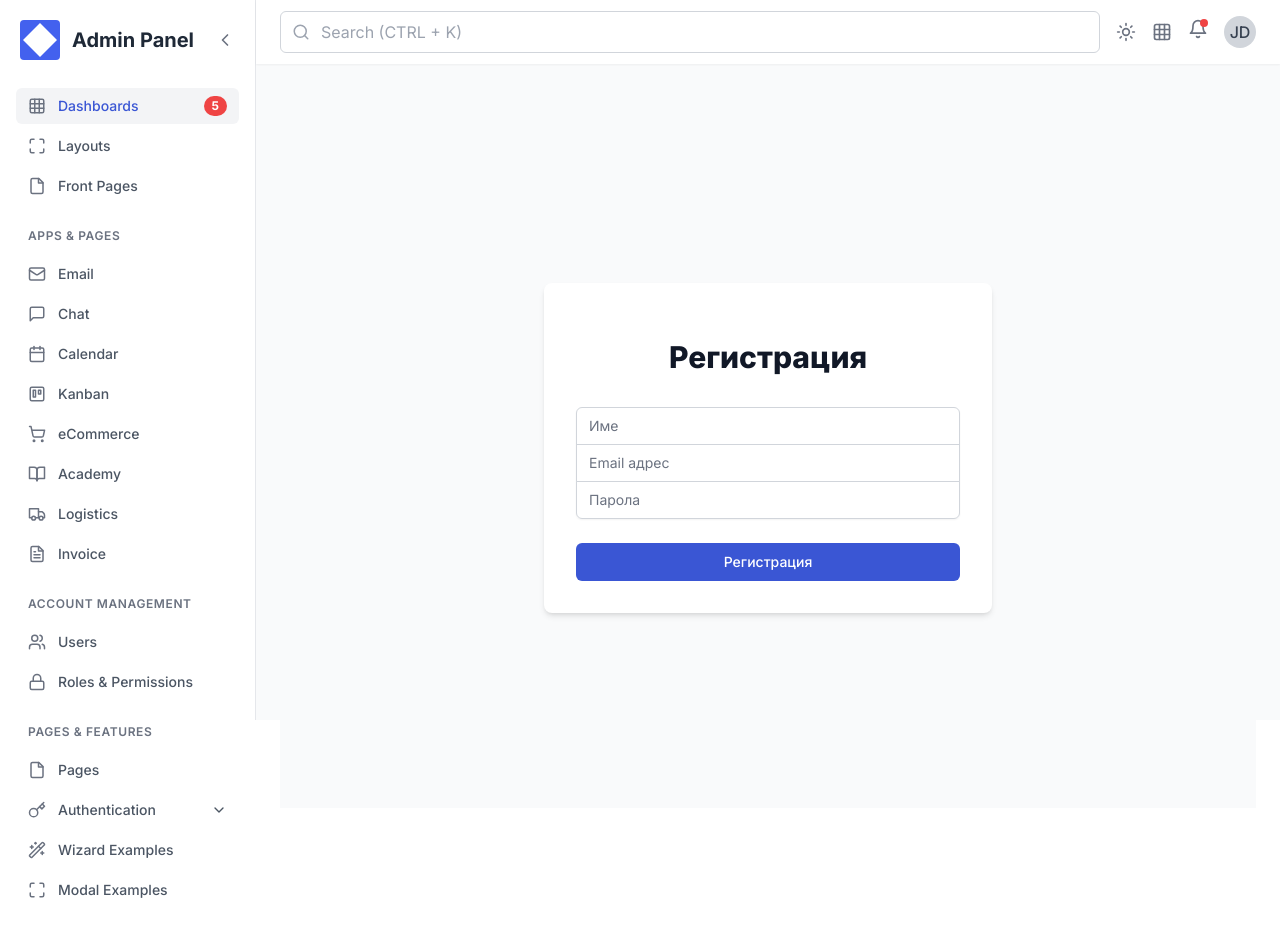
Repository: StoyanStoyanov1/DHS-Team
Page: /register (app in dhs-admin-panel/)
These files come from the project's save history. The page is drawn as it stood at one moment and after the next save; the edit follows.
The browser window is 1280 px wide. The pictures show the whole page.
The project was rebuilt for these pictures with package versions that can differ from the ones it lists, and the page was loaded fresh each time. The framework's server and built-in components were replaced by stand-ins that run in the browser. Also part of the build but not shown: dhs-admin-panel/next.config.ts.

Above is the page before, as saved 2025-04-22 13:22:11.

### dhs-admin-panel/src/app/layout.tsx
import type { Metadata } from 'next';
import { Inter } from 'next/font/google';
import './globals.css';
import DashboardLayout from './components/Layout';

const inter = Inter({ subsets: ['latin'] });

export const metadata: Metadata = {
    title: 'Admin Dashboard',
    description: 'NextJS Admin Dashboard',
};

export default function RootLayout({
                                       children,
                                   }: {
    children: React.ReactNode
}) {
    return (
        <html lang="en">
        <body className={inter.className}>
        <DashboardLayout>
            {children}
        </DashboardLayout>
        </body>
        </html>
    );
}

### dhs-admin-panel/src/app/register/page.tsx
'use client';

import React from 'react';
import { useRouter } from 'next/navigation';

export default function RegisterPage() {
    const router = useRouter();

    return (
        <div className="min-h-screen flex items-center justify-center bg-gray-50">
            <div className="max-w-md w-full space-y-8 p-8 bg-white rounded-lg shadow-md">
                <div>
                    <h2 className="mt-6 text-center text-3xl font-extrabold text-gray-900">
                        Регистрация
                    </h2>
                </div>
                <form className="mt-8 space-y-6">
                    <div className="rounded-md shadow-sm -space-y-px">
                        <div>
                            <label htmlFor="name" className="sr-only">Име</label>
                            <input
                                id="name"
                                name="name"
                                type="text"
                                required
                                className="appearance-none rounded-none relative block w-full px-3 py-2 border border-gray-300 placeholder-gray-500 text-gray-900 rounded-t-md focus:outline-none focus:ring-blue-500 focus:border-blue-500 focus:z-10 sm:text-sm"
                                placeholder="Име"
                            />
                        </div>
                        <div>
                            <label htmlFor="email" className="sr-only">Email адрес</label>
                            <input
                                id="email"
                                name="email"
                                type="email"
                                required
                                className="appearance-none rounded-none relative block w-full px-3 py-2 border border-gray-300 placeholder-gray-500 text-gray-900 focus:outline-none focus:ring-blue-500 focus:border-blue-500 focus:z-10 sm:text-sm"
                                placeholder="Email адрес"
                            />
                        </div>
                        <div>
                            <label htmlFor="password" className="sr-only">Парола</label>
                            <input
                                id="password"
                                name="password"
                                type="password"
                                required
                                className="appearance-none rounded-none relative block w-full px-3 py-2 border border-gray-300 placeholder-gray-500 text-gray-900 rounded-b-md focus:outline-none focus:ring-blue-500 focus:border-blue-500 focus:z-10 sm:text-sm"
                                placeholder="Парола"
                            />
                        </div>
                    </div>

                    <div>
                        <button
                            type="submit"
                            className="group relative w-full flex justify-center py-2 px-4 border border-transparent text-sm font-medium rounded-md text-white bg-blue-600 hover:bg-blue-700 focus:outline-none focus:ring-2 focus:ring-offset-2 focus:ring-blue-500"
                        >
                            Регистрация
                        </button>
                    </div>
                </form>
            </div>
        </div>
    );
}

### dhs-admin-panel/src/app/components/Layout.tsx
'use client';

import { useState, ReactNode } from 'react';
import Header from './Header';
import Sidebar from './Sidebar';

interface DashboardLayoutProps {
    children: ReactNode;
}

const Layout: React.FC<DashboardLayoutProps> = ({ children }) => {
    const [activeSection, setActiveSection] = useState<string>('dashboards');
    const [isSidebarCollapsed, setIsSidebarCollapsed] = useState(false);

    return (
        <div className="flex h-screen bg-gray-50">
            <Sidebar
                activeSection={activeSection}
                setActiveSection={setActiveSection}
                isCollapsed={isSidebarCollapsed}
                toggleCollapse={() => setIsSidebarCollapsed(!isSidebarCollapsed)}
            />

            <div className="flex-1">
                <Header />

                <main className="p-6">
                    {children}
                </main>
            </div>
        </div>
    );
};

export default Layout;

### dhs-admin-panel/src/app/components/Header.tsx
'use client';

import React from 'react';
import { Sun, Grid, Bell } from 'lucide-react';
import SearchBar from './SearchBar';

const Header: React.FC = () => {
    return (
        <header className="bg-white shadow-sm h-16 flex items-center px-6">
            <SearchBar />
            <div className="flex items-center space-x-4 ml-4">
                <button className="text-gray-500 hover:text-gray-700">
                    <Sun size={20} />
                </button>
                <button className="text-gray-500 hover:text-gray-700">
                    <Grid size={20} />
                </button>
                <div className="relative">
                    <button className="text-gray-500 hover:text-gray-700">
                        <Bell size={20} />
                    </button>
                    <div className="absolute top-0 right-0 w-2 h-2 bg-red-500 rounded-full"></div>
                </div>
                <div className="w-8 h-8 rounded-full bg-gray-300 flex items-center justify-center text-gray-700 font-medium">
                    JD
                </div>
            </div>
        </header>
    );
};

export default Header;

### dhs-admin-panel/src/app/components/Sidebar.tsx
'use client';

import React, { useState } from 'react';
import {
    Grid,
    Mail,
    MessageSquare,
    Calendar,
    Trello,
    ShoppingCart,
    BookOpen,
    Truck,
    FileText,
    Users,
    Lock,
    File,
    Key,
    Wand2,
    Maximize,
    ChevronLeft,
    ChevronRight,
    LogIn,
    UserPlus,
    ChevronDown,
    ChevronUp
} from 'lucide-react';
import NavItem from './NavItem';
import { useRouter } from 'next/navigation';

interface SidebarProps {
    activeSection: string;
    setActiveSection: (section: string) => void;
    isCollapsed: boolean;
    toggleCollapse: () => void;
}

const Sidebar: React.FC<SidebarProps> = ({
    activeSection,
    setActiveSection,
    isCollapsed,
    toggleCollapse
}) => {
    const router = useRouter();
    const [isAuthOpen, setIsAuthOpen] = useState(false);

    const handleAuthClick = () => {
        setIsAuthOpen(!isAuthOpen);
    };

    const handleLoginClick = () => {
        router.push('/login');
    };

    const handleRegisterClick = () => {
        router.push('/register');
    };

    return (
        <div className={`bg-white border-r border-gray-200 transition-all duration-300 ${isCollapsed ? 'w-20' : 'w-64'}`}>
            {/* Logo and Title */}
            <div className="flex items-center justify-between p-5">
                <div className="flex items-center">
                    <div className="h-10 w-10 rounded bg-blue-500 flex items-center justify-center">
                        <div className="w-6 h-6 bg-white transform rotate-45"></div>
                    </div>
                    {!isCollapsed && (
                        <span className="ml-3 text-xl font-bold text-gray-800">Admin Panel</span>
                    )}
                </div>
                <button
                    onClick={toggleCollapse}
                    className="text-gray-500 hover:text-gray-700"
                >
                    {isCollapsed ? <ChevronRight size={20} /> : <ChevronLeft size={20} />}
                </button>
            </div>

            {/* Navigation */}
            <div className="px-4 py-2">
                <div className="mb-6">
                    <NavItem
                        icon={<Grid size={18} />}
                        label="Dashboards"
                        badge="5"
                        active={activeSection === 'dashboards'}
                        onClick={() => setActiveSection('dashboards')}
                        isCollapsed={isCollapsed}
                    />
                    <NavItem
                        icon={<Maximize size={18} />}
                        label="Layouts"
                        active={activeSection === 'layouts'}
                        onClick={() => setActiveSection('layouts')}
                        isCollapsed={isCollapsed}
                    />
                    <NavItem
                        icon={<File size={18} />}
                        label="Front Pages"
                        active={activeSection === 'frontpages'}
                        onClick={() => setActiveSection('frontpages')}
                        isCollapsed={isCollapsed}
                    />
                </div>

                <div className="mb-6">
                    {!isCollapsed && (
                        <div className="text-xs font-semibold text-gray-500 tracking-wider mb-3 px-3">
                            APPS & PAGES
                        </div>
                    )}
                    <NavItem
                        icon={<Mail size={18} />}
                        label="Email"
                        active={activeSection === 'email'}
                        onClick={() => setActiveSection('email')}
                        isCollapsed={isCollapsed}
                    />
                    <NavItem
                        icon={<MessageSquare size={18} />}
                        label="Chat"
                        active={activeSection === 'chat'}
                        onClick={() => setActiveSection('chat')}
                        isCollapsed={isCollapsed}
                    />
                    <NavItem
                        icon={<Calendar size={18} />}
                        label="Calendar"
                        active={activeSection === 'calendar'}
                        onClick={() => setActiveSection('calendar')}
                        isCollapsed={isCollapsed}
                    />
                    <NavItem
                        icon={<Trello size={18} />}
                        label="Kanban"
                        active={activeSection === 'kanban'}
                        onClick={() => setActiveSection('kanban')}
                        isCollapsed={isCollapsed}
                    />
                    <NavItem
                        icon={<ShoppingCart size={18} />}
                        label="eCommerce"
                        active={activeSection === 'ecommerce'}
                        onClick={() => setActiveSection('ecommerce')}
                        isCollapsed={isCollapsed}
                    />
                    <NavItem
                        icon={<BookOpen size={18} />}
                        label="Academy"
                        active={activeSection === 'academy'}
                        onClick={() => setActiveSection('academy')}
                        isCollapsed={isCollapsed}
                    />
                    <NavItem
                        icon={<Truck size={18} />}
                        label="Logistics"
                        active={activeSection === 'logistics'}
                        onClick={() => setActiveSection('logistics')}
                        isCollapsed={isCollapsed}
                    />
                    <NavItem
                        icon={<FileText size={18} />}
                        label="Invoice"
                        active={activeSection === 'invoice'}
                        onClick={() => setActiveSection('invoice')}
                        isCollapsed={isCollapsed}
                    />
                </div>

                <div className="mb-6">
                    {!isCollapsed && (
                        <div className="text-xs font-semibold text-gray-500 tracking-wider mb-3 px-3">
                            ACCOUNT MANAGEMENT
                        </div>
                    )}
                    <NavItem
                        icon={<Users size={18} />}
                        label="Users"
                        active={activeSection === 'users'}
                        onClick={() => setActiveSection('users')}
                        isCollapsed={isCollapsed}
                    />
                    <NavItem
                        icon={<Lock size={18} />}
                        label="Roles & Permissions"
                        active={activeSection === 'roles'}
                        onClick={() => setActiveSection('roles')}
                        isCollapsed={isCollapsed}
                    />
                </div>

                <div className="mb-6">
                    {!isCollapsed && (
                        <div className="text-xs font-semibold text-gray-500 tracking-wider mb-3 px-3">
                            PAGES & FEATURES
                        </div>
                    )}
                    <NavItem
                        icon={<File size={18} />}
                        label="Pages"
                        active={activeSection === 'pages'}
                        onClick={() => setActiveSection('pages')}
                        isCollapsed={isCollapsed}
                    />
                    <div className="relative">
                        <div
                            className={`flex items-center px-3 py-2 rounded-md cursor-pointer mb-1 ${activeSection === 'authentication' ? 'bg-gray-100 text-blue-600' : 'text-gray-600 hover:bg-gray-50'}`}
                            onClick={handleAuthClick}
                        >
                            <div className="text-gray-500"><Key size={18} /></div>
                            {!isCollapsed && (
                                <>
                                    <span className="ml-3 text-sm font-medium">Authentication</span>
                                    <div className="ml-auto">
                                        {isAuthOpen ? <ChevronUp size={16} /> : <ChevronDown size={16} />}
                                    </div>
                                </>
                            )}
                        </div>
                        {!isCollapsed && isAuthOpen && (
                            <div className="ml-4 mt-1 space-y-1">
                                <button
                                    onClick={handleLoginClick}
                                    className="flex items-center w-full px-3 py-2 text-sm text-gray-600 hover:bg-gray-50 rounded-md"
                                >
                                    <LogIn size={16} className="mr-2" />
                                    Вход
                                </button>
                                <button
                                    onClick={handleRegisterClick}
                                    className="flex items-center w-full px-3 py-2 text-sm text-gray-600 hover:bg-gray-50 rounded-md"
                                >
                                    <UserPlus size={16} className="mr-2" />
                                    Регистрация
                                </button>
                            </div>
                        )}
                    </div>
                    <NavItem
                        icon={<Wand2 size={18} />}
                        label="Wizard Examples"
                        active={activeSection === 'wizard'}
                        onClick={() => setActiveSection('wizard')}
                        isCollapsed={isCollapsed}
                    />
                    <NavItem
                        icon={<Maximize size={18} />}
                        label="Modal Examples"
                        active={activeSection === 'modal'}
                        onClick={() => setActiveSection('modal')}
                        isCollapsed={isCollapsed}
                    />
                </div>
            </div>
        </div>
    );
};

export default Sidebar;

### dhs-admin-panel/src/app/components/SearchBar.tsx
'use client';

import React from 'react';
import { Search } from 'lucide-react';

const SearchBar: React.FC = () => {
    return (
        <div className="flex-1 relative">
        <div className="absolute inset-y-0 left-0 pl-3 flex items-center pointer-events-none">
        <Search size={18} className="text-gray-400" />
        </div>
        <input
    type="text"
    placeholder="Search (CTRL + K)"
    className="w-full pl-10 pr-4 py-2 border border-gray-300 rounded-md focus:outline-none focus:ring-1 focus:ring-blue-500 focus:border-blue-500"
        />
        </div>
);
};

export default SearchBar;

### dhs-admin-panel/src/app/components/NavItem.tsx
'use client';

import React, { ReactNode } from 'react';

interface NavItemProps {
    icon: ReactNode;
    label: string;
    badge?: string;
    active: boolean;
    onClick: () => void;
    isCollapsed: boolean;
}

const NavItem: React.FC<NavItemProps> = ({
    icon,
    label,
    badge,
    active,
    onClick,
    isCollapsed
}) => {
    return (
        <div
            className={`flex items-center px-3 py-2 rounded-md cursor-pointer mb-1 ${active ? 'bg-gray-100 text-blue-600' : 'text-gray-600 hover:bg-gray-50'}`}
            onClick={onClick}
            title={isCollapsed ? label : undefined}
        >
            <div className="text-gray-500">{icon}</div>
            {!isCollapsed && (
                <>
                    <span className="ml-3 text-sm font-medium">{label}</span>
                    {badge && (
                        <div className="ml-auto bg-red-500 text-white text-xs font-bold px-2 py-0.5 rounded-full">
                            {badge}
                        </div>
                    )}
                </>
            )}
        </div>
    );
};

export default NavItem;

### dhs-admin-panel/tailwind.config.js
/** @type {import('tailwindcss').Config} */
module.exports = {
    content: [
        './src/components/**/*.{js,ts,jsx,tsx,mdx}',
        './src/app/**/*.{js,ts,jsx,tsx,mdx}',
    ],
    theme: {
        extend: {
            colors: {
                blue: {
                    500: '#4361ee',
                    600: '#3a56d4',
                },
            }
        },
    },
    plugins: [],
}

Loaded but not shown: dhs-admin-panel/src/app/globals.css (common file)

After the next save:
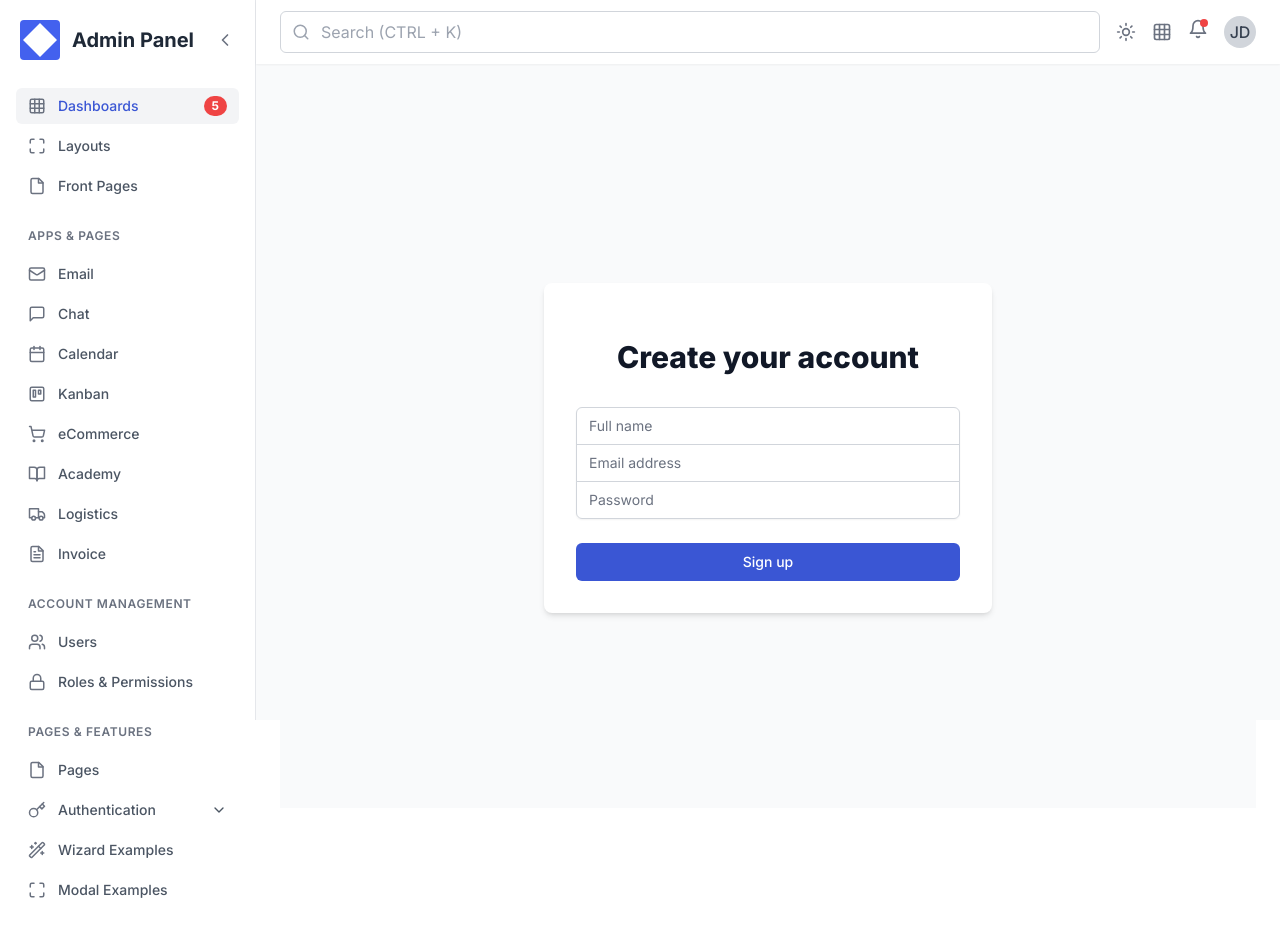
Saved 10 s later.
--- a/dhs-admin-panel/src/app/register/page.tsx
+++ b/dhs-admin-panel/src/app/register/page.tsx
@@ -11,42 +11,42 @@ export default function RegisterPage() {
             <div className="max-w-md w-full space-y-8 p-8 bg-white rounded-lg shadow-md">
                 <div>
                     <h2 className="mt-6 text-center text-3xl font-extrabold text-gray-900">
-                        Регистрация
+                        Create your account
                     </h2>
                 </div>
                 <form className="mt-8 space-y-6">
                     <div className="rounded-md shadow-sm -space-y-px">
                         <div>
-                            <label htmlFor="name" className="sr-only">Име</label>
+                            <label htmlFor="name" className="sr-only">Full name</label>
                             <input
                                 id="name"
                                 name="name"
                                 type="text"
                                 required
                                 className="appearance-none rounded-none relative block w-full px-3 py-2 border border-gray-300 placeholder-gray-500 text-gray-900 rounded-t-md focus:outline-none focus:ring-blue-500 focus:border-blue-500 focus:z-10 sm:text-sm"
-                                placeholder="Име"
+                                placeholder="Full name"
                             />
                         </div>
                         <div>
-                            <label htmlFor="email" className="sr-only">Email адрес</label>
+                            <label htmlFor="email" className="sr-only">Email address</label>
                             <input
                                 id="email"
                                 name="email"
                                 type="email"
                                 required
                                 className="appearance-none rounded-none relative block w-full px-3 py-2 border border-gray-300 placeholder-gray-500 text-gray-900 focus:outline-none focus:ring-blue-500 focus:border-blue-500 focus:z-10 sm:text-sm"
-                                placeholder="Email адрес"
+                                placeholder="Email address"
                             />
                         </div>
                         <div>
-                            <label htmlFor="password" className="sr-only">Парола</label>
+                            <label htmlFor="password" className="sr-only">Password</label>
                             <input
                                 id="password"
                                 name="password"
                                 type="password"
                                 required
                                 className="appearance-none rounded-none relative block w-full px-3 py-2 border border-gray-300 placeholder-gray-500 text-gray-900 rounded-b-md focus:outline-none focus:ring-blue-500 focus:border-blue-500 focus:z-10 sm:text-sm"
-                                placeholder="Парола"
+                                placeholder="Password"
                             />
                         </div>
                     </div>
@@ -56,7 +56,7 @@ export default function RegisterPage() {
                             type="submit"
                             className="group relative w-full flex justify-center py-2 px-4 border border-transparent text-sm font-medium rounded-md text-white bg-blue-600 hover:bg-blue-700 focus:outline-none focus:ring-2 focus:ring-offset-2 focus:ring-blue-500"
                         >
-                            Регистрация
+                            Sign up
                         </button>
                     </div>
                 </form>
